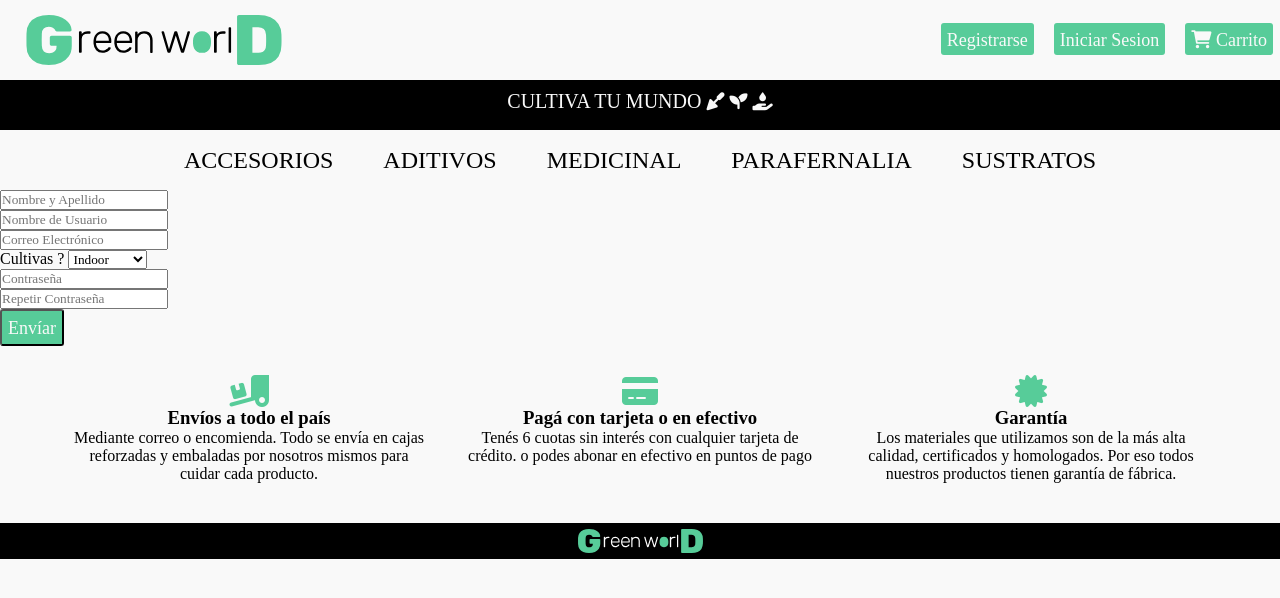
Repository: francoG98/grupo_9_Green_World
Page: source/views/register.html
The author's editor kept a copy of each file at every save. The page is drawn from the files as they stood at one save, then again after the next save.
The browser window is 1280 px wide. The pictures show the whole page.
Some web fonts or font styles are not loaded; a fallback is used. Some web libraries are served in a nearby version.

Above is the page before, as saved 2022-06-24 20:05:08.

After the next save:
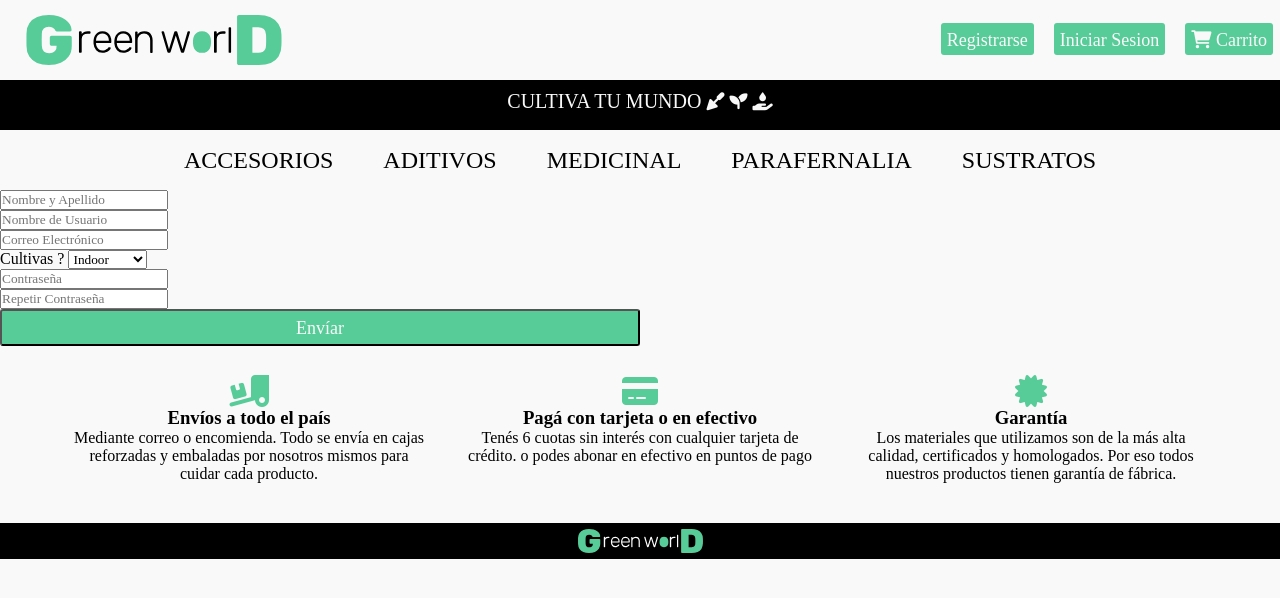
Saved 118 s later.
--- a/public/css/main-register.css
+++ b/public/css/main-register.css
@@ -9,6 +9,7 @@ a button{
         font-size: 18px;
         color:#f9f9f9;
         background-color:#57CC99;
+        Width: 50%;
         padding:7px 6px 5px 6px;
         border-radius:3px;
         transition: opacity 200ms;
